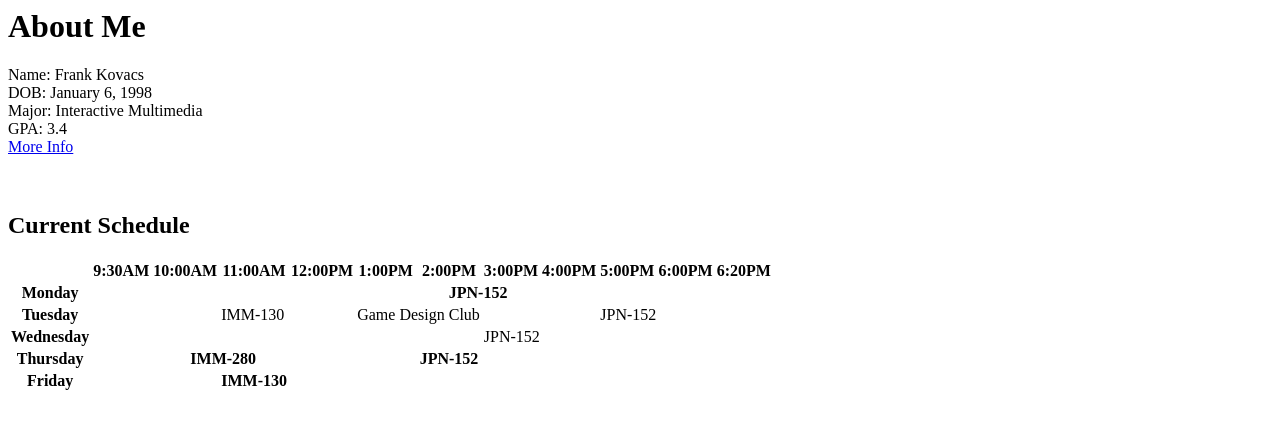
Repository: kovacsf2/imm130v2
Page: personal/index.html
The author's editor kept a record of every edit. The page is drawn from the files as they stood at one moment, then again after the next edit.
The browser window is 1280 px wide. The pictures show the whole page.

Above is the page before.

After the next edit:
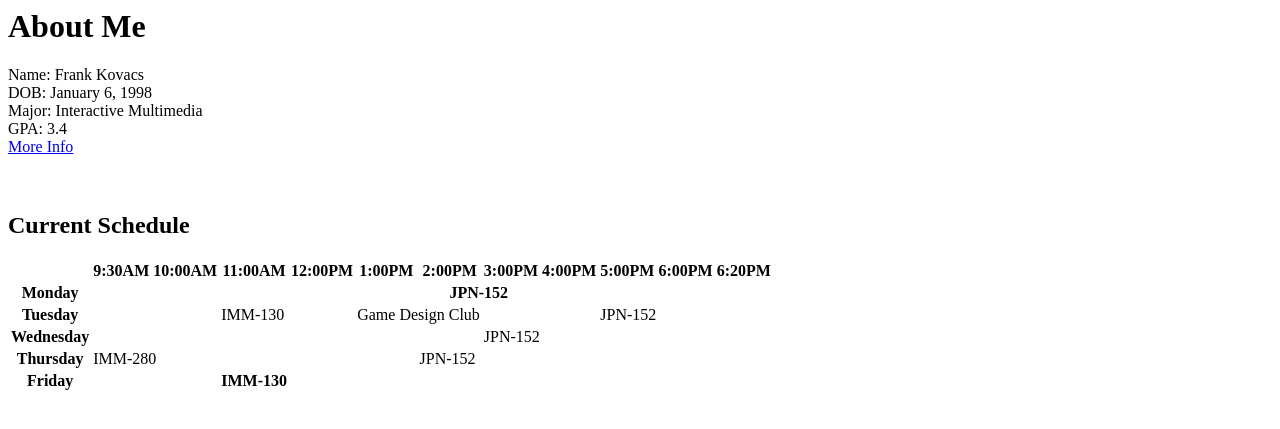
The edit:
--- a/personal/index.html
+++ b/personal/index.html
@@ -52,10 +52,10 @@
             </tr>
             <tr>
                 <th>Thursday</th>
-                <th colspan="4">IMM-280</th>
-                <th></th>
-                <th>JPN-152</th>
-                <th colspan="4"></th>
+                <td colspan="4">IMM-280</td>
+                <td></td>
+                <td>JPN-152</td>
+                <td colspan="4"></td>
             </tr>
             <tr>
                 <th>Friday</th>
